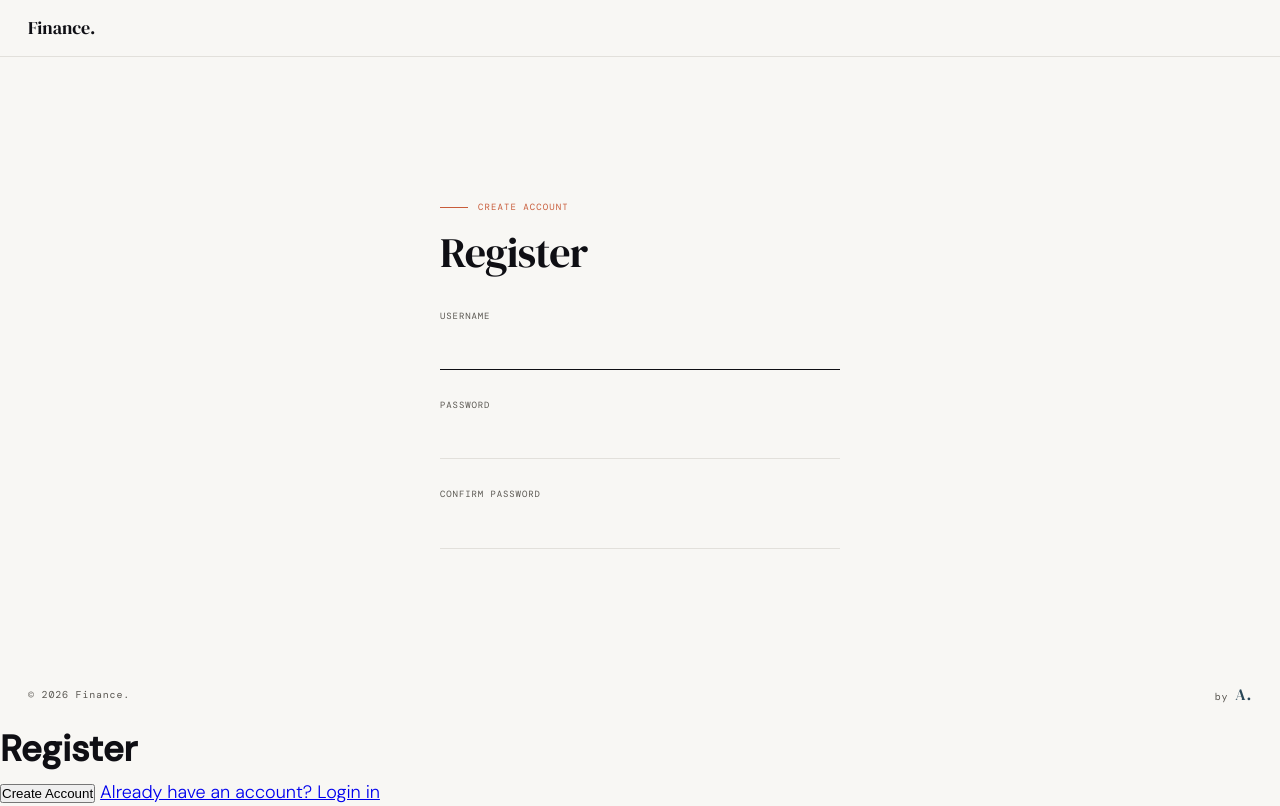
Repository: adtm0/Fined
Page: tracker/templates/tracker/register.html
The author's editor kept a copy of each file at every save. The page is drawn from the files as they stood at one save, then again after the next save.
The browser window is 1280 px wide. The pictures show the whole page.
Some web fonts or font styles are not loaded; a fallback is used. The template is drawn by Django 4.2. The application's start-up code is not run. The template is opened directly, without the code that normally fills it, so the values that code supplies are empty.

Above is the page before, as saved 2026-05-01 21:48:50.

After the next save:
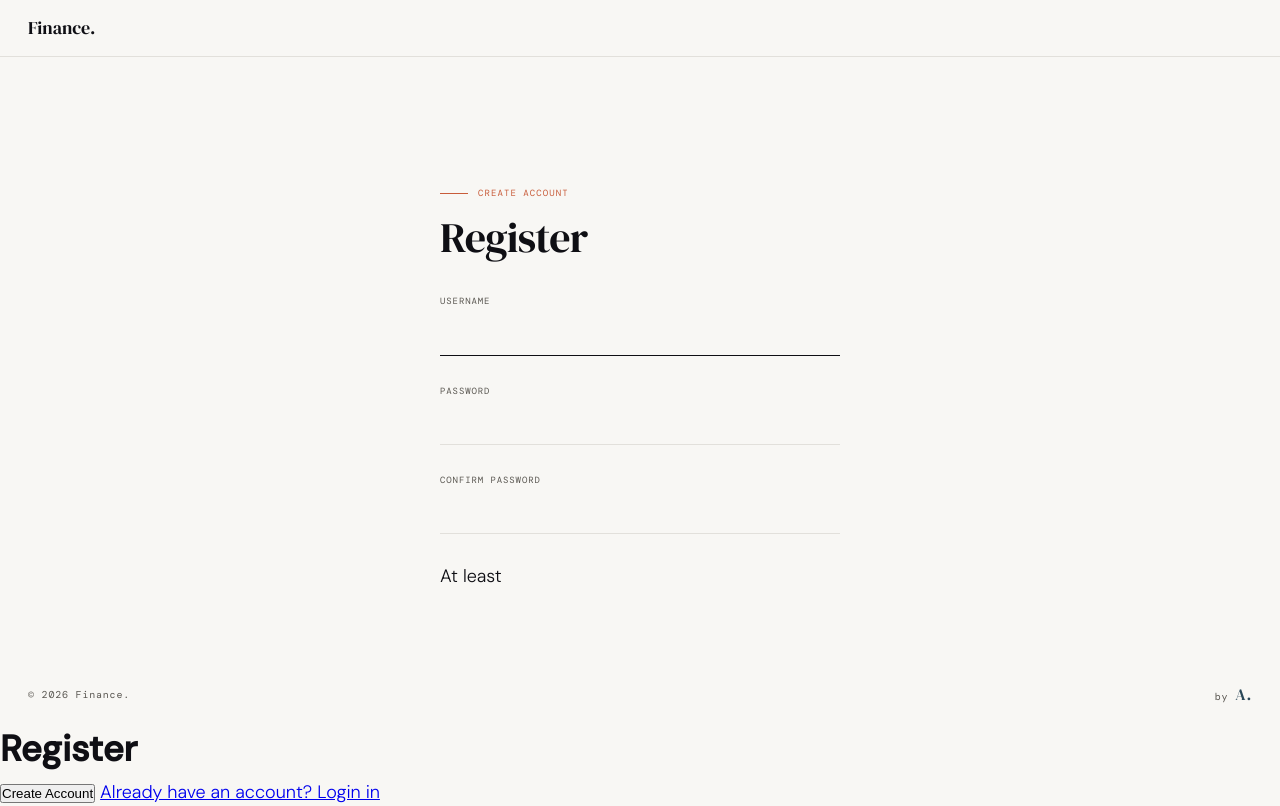
Saved 6 s later.
--- a/tracker/templates/tracker/register.html
+++ b/tracker/templates/tracker/register.html
@@ -23,7 +23,7 @@
       <label>Confirm password</label>
       <input type="password" name="password2"></input>
 
-      <p class="auth-hint"></p>
+      <p class="auth-hint">At least</p>
 
     </form>
 
